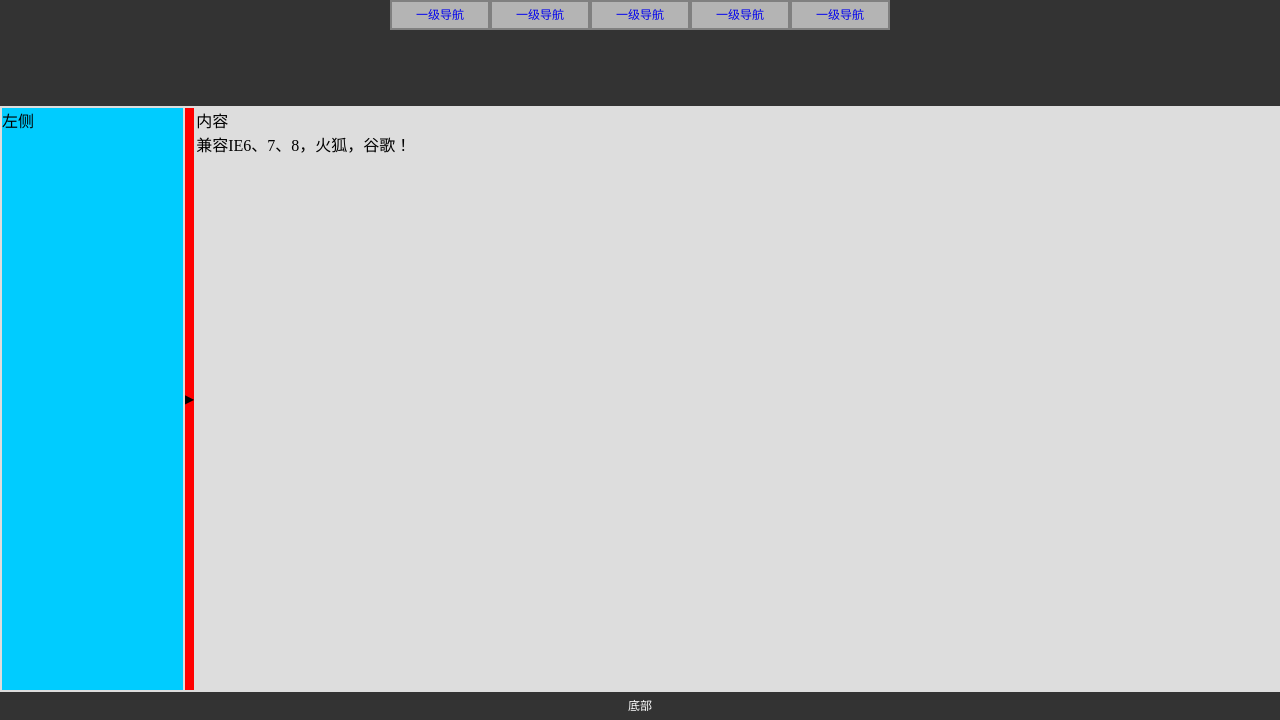
Repository: figo645/NewGenerationOA
Page: http://localhost/mavenweb/
The author's editor kept a copy of each file at every save. The page is drawn from the files as they stood at one save, then again after the next save.
The browser window is 1280 px wide. The pictures show the whole page.
The page is served by Tomcat 9. Nobody is signed in. The application's start-up code is not run. Other server files are loaded and not shown.

Above is the page before, as saved 2015-09-24 05:15:27.

### 3.implementtation/prototype_ws/mavenweb/src/main/webapp/index.jsp
<%@ page contentType="text/html;charset=utf-8"%>
<html xmlns="http://www.w3.org/1999/xhtml";>
<head>
<title>自适应</title>
<style type="text/css">
html {
	height: 100%;
	max-height: 100%;
	padding: 0;
	margin: 0;
	border: 0;
	background: #eef0ef;
	font-size: 76%;
	overflow: hidden;
}

body {
	height: 100%;
	max-height: 100%;
	border: 0;
	overflow: hidden;
	background: #fff;
	padding: 0;
}
/*lay
--------------*/
#content {
	position: absolute;
	overflow: hidden;
	z-index: 3;
	top: 106px;
	left: 0;
	width: 100%;
	bottom: 28px;
	bottom: 28px\9;
	background: #ddd;
}

* html #content {
	top: 0;
	height: 100%;
	max-height: 100%;
	width: 100%;
	overflow: hidden;
	position: absolute;
	z-index: 3;
	border-top: 106px solid #fff;
	border-bottom: 28px solid #fff;
}

#header {
	position: absolute;
	margin: 0;
	top: 0;
	left: 0;
	display: block;
	width: 100%;
	height: 106px;
	line-height: 106px;
	background: #333;
	z-index: 5;
	overflow: hidden;
	color: #fff;
	text-align: center;
}

#footer {
	position: absolute;
	margin: 0;
	bottom: 0;
	left: 0;
	display: block;
	width: 100%;
	height: 28px;
	line-height: 28px;
	text-align: center;
	z-index: 5;
	overflow: hidden;
	color: #fff;
	background: #333;
}

/*中间表格*/
.main_tab {
	width: 100%;
	height: 100%;
}

.main_tab td {
	padding: 0px;
	margin: 0px;
	vertical-align: top;
	height: 100%;
	max-height: 100%;
}

.main_tab td.td_left {
	width: 181px;
	background: #00CCFF;
}

.main_tab td.td_close {
	padding: 0px;
	width: 8px;
	vertical-align: middle;
	background: #ff0000;
	font-size: 12px;
	overflow: hidden;
}
</style>

<style type="text/css">
/*设置通配符样式*/
* {
	margin: 0;
	padding: 0;
}

body {
	font-size: 12px;
}

ul {
	list-style: none;
}

a {
	text-decoration: none;
}

/*设置二级导航样式*/
.nav {
	width: 500px;
	height: 30px;
	background-color: #b4b4b4;
	/*导航栏居中*/
	margin: auto;
}

.nav ul li {
	width: 100px;
	height: 30px;
	float: left;
	position: relative;
}

.nav ul li a {
	display: block;
	width: 96px;
	border: 2px solid gray;
	height: 26px;
	line-height: 26px;
	text-align: center;
}

.nav ul li a:hover {
	background-color: yellow;
}

/*设置一级导航样式*/
.nav ul li ul {
	display: none;
}

.nav ul li:hover ul {
	display: block;
	width: 100px;
	position: absolute;
	top: 30px;
	left: 0;
	background-color: white;
}

.nav ul li:hover ul li a {
	display: block;
	width: 96px;
	height: 26px;
	line-height: 26px;
	border: 2px solid gray;
	text-align: center;
}

.nav ul li:hover ul li a:hover {
	background-color: orange;
}

/*设置三级导航样式*/
.nav ul li:hover ul li ul {
	display: none;
}

.nav ul li:hover ul li:hover ul {
	display: block;
	width: 100px;
	position: absolute;
	top: 0px;
	left: 100px;
	background-color: #b4b4b4;
}

.nav ul li:hover ul li:hover ul li {
	width: 100px;
	height: 30px;
}

.nav ul li:hover ul li:hover ul li a {
	display: block;
	width: 96px;
	height: 26px;
	line-height: 26px;
	border: 2px solid gray;
	text-align: center;
}

.nav ul li:hover ul li:hover ul li a:hover {
	background-color: #00CC00;
}

.nav ul li:hover ul .nav_jw ul {
	display: none;
}

.nav ul li:hover ul .nav_jw:hover ul {
	display: block;
	width: 100px;
	position: absolute;
	top: 0px;
	left: -100px;
	background-color: #b4b4b4;
}

.nav ul li:hover ul .nav_jw:hover ul li {
	width: 100px;
	height: 30px;
}

.nav ul li:hover ul .nav_jw:hover ul li a {
	display: block;
	width: 96px;
	height: 26px;
	line-height: 26px;
	border: 2px solid gray;
	text-align: center;
}

.nav ul li:hover ul .nav_jw:hover ul li a:hover {
	background-color: #00CC00;
}
</style>

<script type="text/javascript">
	function show() {
		if (document.getElementById("left").style.display == 'none') { //判断目前左边栏的状态（显示、隐藏）
			document.getElementById("left").style.display = 'block'; //显示左边栏
		} else {
			document.getElementById("left").style.display = 'none'; //隐藏左边栏
		}
	}
</script>
</head>
<body>
	<div id="header">
		<div class="nav">
			<ul>
				<li><a href="#">一级导航</a>
					<ul>
						<li><a href="#">二级导航</a>
							<ul>
								<li><a href="#">三级导航</a></li>
								<li><a href="#">三级导航</a></li>
								<li><a href="#">三级导航</a></li>
							</ul></li>
						<li><a href="#">二级导航</a>
							<ul>
								<li><a href="#">三级导航</a></li>
								<li><a href="#">三级导航</a></li>
								<li><a href="#">三级导航</a></li>
							</ul></li>
						<li><a href="#">二级导航</a>
							<ul>
								<li><a href="#">三级导航</a></li>
								<li><a href="#">三级导航</a></li>
								<li><a href="#">三级导航</a></li>
							</ul></li>
					</ul></li>
				<li><a href="#">一级导航</a>
					<ul>
						<li><a href="#">二级导航</a></li>
						<li><a href="#">二级导航</a></li>
						<li><a href="#">二级导航</a></li>
					</ul></li>
				<li><a href="#">一级导航</a>
					<ul>
						<li><a href="#">二级导航</a></li>
						<li><a href="#">二级导航</a></li>
						<li><a href="#">二级导航</a></li>
					</ul></li>
				<li><a href="#">一级导航</a>
					<ul>
						<li><a href="#">二级导航</a></li>
						<li><a href="#">二级导航</a></li>
						<li><a href="#">二级导航</a></li>
					</ul></li>
				<li><a href="#">一级导航</a>
					<ul>
						<li class="nav_jw"><a href="#">二级导航</a>
							<ul>
								<li><a href="#">三级导航</a></li>
								<li><a href="#">三级导航</a></li>
								<li><a href="#">三级导航</a></li>
							</ul></li>
						<li class="nav_jw"><a href="#">二级导航</a>
							<ul>
								<li><a href="#">三级导航</a></li>
								<li><a href="#">三级导航</a></li>
								<li><a href="#">三级导航</a></li>
							</ul></li>
						<li class="nav_jw"><a href="#">二级导航</a>
							<ul>
								<li><a href="#">三级导航</a></li>
								<li><a href="#">三级导航</a></li>
								<li><a href="#">三级导航</a></li>
							</ul></li>
					</ul></li>
			</ul>
		</div>

	</div>
	<div id="content">
		<table cellpadding="0" cellpadding="0" border="0" class="main_tab">
			<tr>
				<td class="td_left" id="left">
					<div class="menu_column">
						<div class="title"></div>
						<div class="menu_con">
							<div class="lef_nav">左侧</div>
						</div>
					</div> <!--左边菜单 end-->
				</td>
				<!-- 点击缩进 -->
				<td class="td_close" onclick="show();">▶</td>
				<td>
					<div id="contenct">
						内容<br />兼容IE6、7、8，火狐，谷歌！
					</div>
				</td>
			</tr>
		</table>
	</div>
	<div id="footer">底部</div>
</body>
</html>

After the next save:
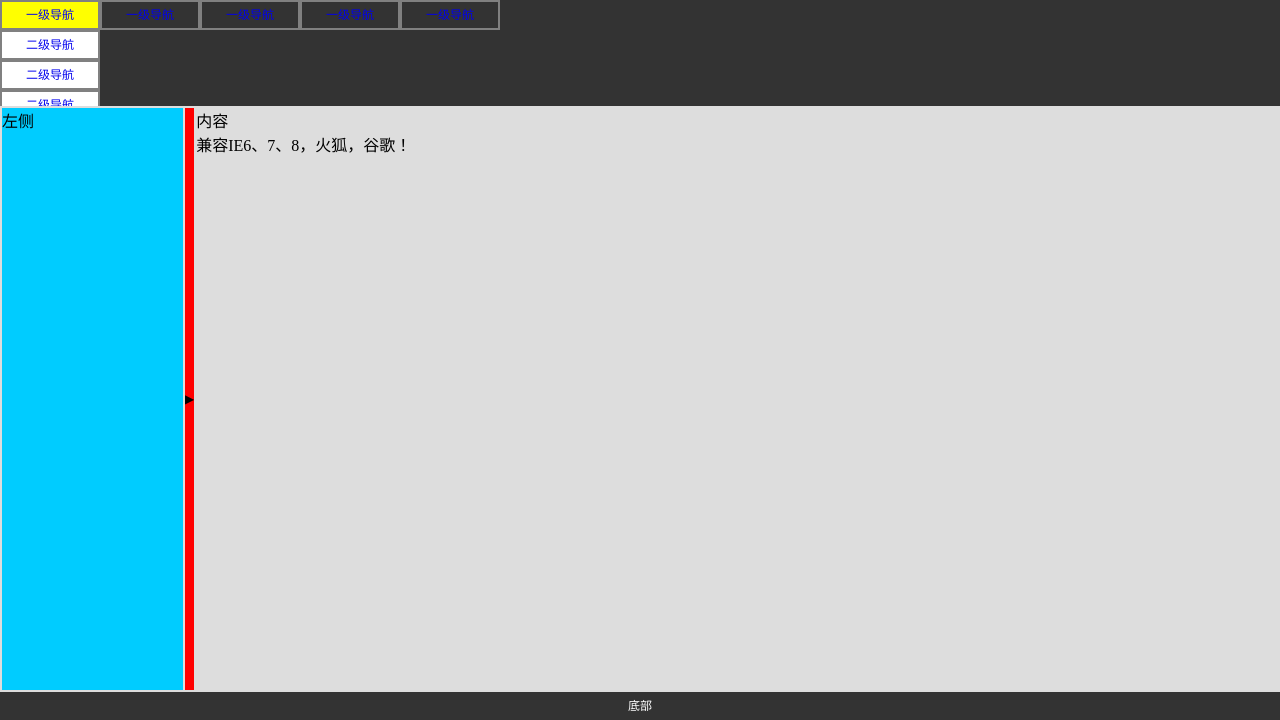
Saved 51 s later.
--- a/3.implementtation/prototype_ws/mavenweb/src/main/webapp/index.jsp
+++ b/3.implementtation/prototype_ws/mavenweb/src/main/webapp/index.jsp
@@ -259,8 +259,8 @@ a {
 </script>
 </head>
 <body>
-	<div id="header">
-		<div class="nav">
+	<div id="header" class="nav">
+		<div >
 			<ul>
 				<li><a href="#">一级导航</a>
 					<ul>
